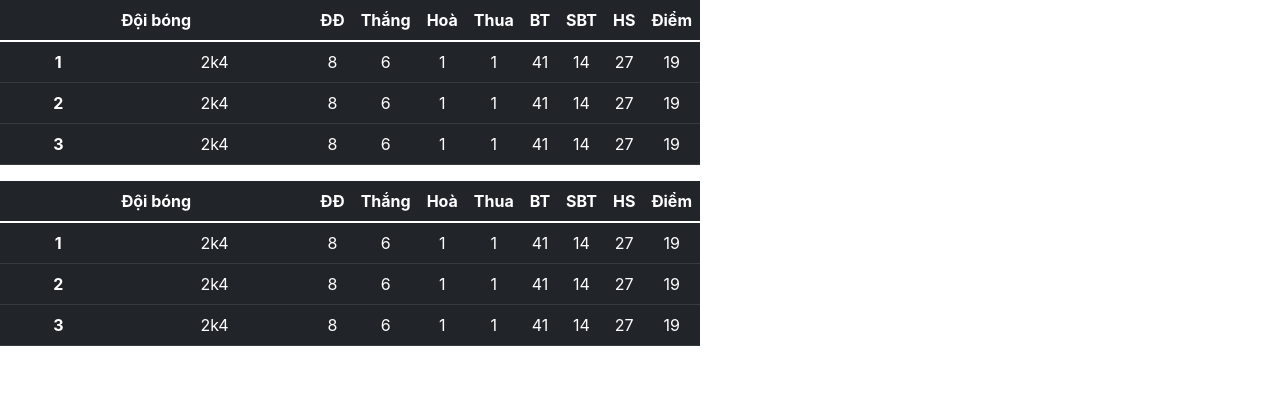
Repository: tuan842001/thulam
Page: /
These files come from the project's save history. The page is drawn as it stood at one moment and after the next save; the edit follows.
The browser window is 1280 px wide. The pictures show the whole page.
The project was rebuilt for these pictures with package versions that can differ from the ones it lists, and the page was loaded fresh each time.

Above is the page before, as saved 2022-01-11 15:03:55.

After the next save:
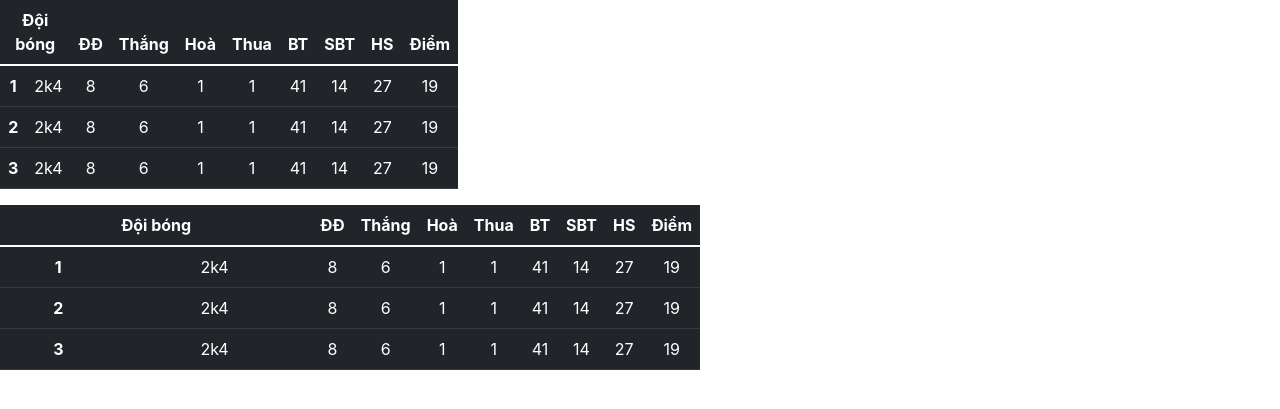
Saved 53 s later.
--- a/src/App.js
+++ b/src/App.js
@@ -5,7 +5,7 @@ function App() {
     <div className="App">
       <table
         className="table table-dark table-hover"
-        style={{ width: "700px" }}
+        style={{ width: "100px" }}
       >
         <thead>
           <tr>
